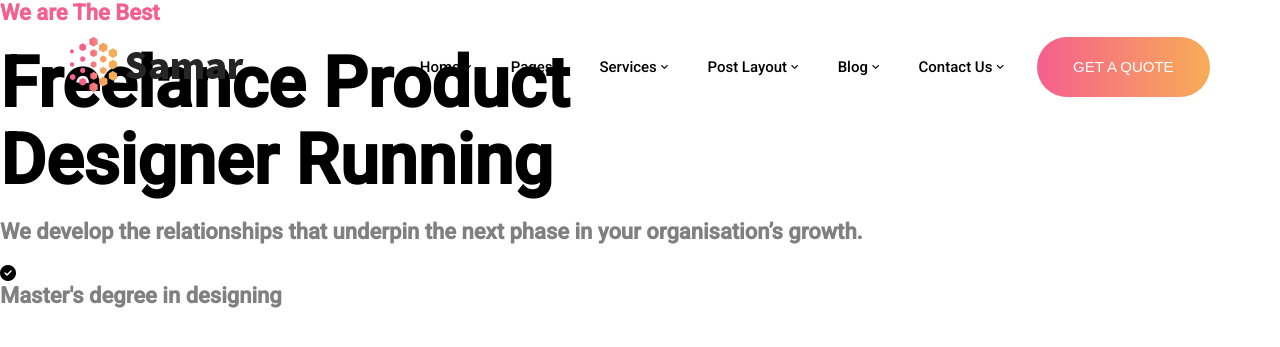
Repository: truongcongtrung2709/truongcongtrung__samar
Page: index.html
These files come from the project's save history. The page is drawn as it stood at one moment and after the next save; the edit follows.
The browser window is 1280 px wide. The pictures show the whole page.
Some web libraries are served in a nearby version.

Above is the page before, as saved 2022-06-22 20:49:49.

### index.html
<!DOCTYPE html>
<html lang="en">

<head>
  <meta charset="UTF-8">
  <meta http-equiv="X-UA-Compatible" content="IE=edge">
  <meta name="viewport" content="width=device-width, initial-scale=1.0">
  <title>Samar</title>
  <link rel="stylesheet" href="style.css">
  <link rel="stylesheet" href="https://cdnjs.cloudflare.com/ajax/libs/font-awesome/6.1.1/css/all.min.css"
    integrity="sha512-KfkfwYDsLkIlwQp6LFnl8zNdLGxu9YAA1QvwINks4PhcElQSvqcyVLLD9aMhXd13uQjoXtEKNosOWaZqXgel0g=="
    crossorigin="anonymous" referrerpolicy="no-referrer" />
  <link rel="preconnect" href="https://fonts.googleapis.com">
  <link rel="preconnect" href="https://fonts.gstatic.com" crossorigin>
  <link href="https://fonts.googleapis.com/css2?family=Oswald:wght@200&family=Roboto:wght@500&display=swap"
    rel="stylesheet">
</head>

<body>
  <header>
    <div class="container">
      <div class="header__content">
        <div class="logo">
          <a href=""><img src="./images/logo-2.png" alt=""></a>
        </div>
        <div class="menu">
          <ul>
            <li><a href=""><span>Home</span> <i class="fa-solid fa-angle-down"></i></a></li>
            <li><a href="">
                <span>Pages</span><i class="fa-solid fa-angle-down"></i></a></li>
            <li><a href=""><span>Services</span> <i class="fa-solid fa-angle-down"></i></a></li>
            <li><a href=""><span>Post Layout</span> <i class="fa-solid fa-angle-down"></i></a></li>
            <li><a href=""><span>Blog</span> <i class="fa-solid fa-angle-down"></i></a></li>
            <li><a href=""><span>Contact Us</span> <i class="fa-solid fa-angle-down"></i></a></li>
          </ul>
          <div class="">
            <button class="linear-gradient-btn">GET A QUOTE</button>
          </div>

        </div>
      </div>
    </div>
  </header>
  <section id="intro">
    <div class="container">
      <div class="intro__content">
        <div class="intro__left">
          <p>We are The Best</p>
          <h1>Freelance Product<br>Designer Running</h1>
          <p class="text__gray">We develop the relationships that underpin the next phase in your
            organisation’s growth.</p>
          <i class="fa-solid fa-circle-check"></i>
          <p class="text__gray">Master's degree in designing</p>
        </div>
        <div class="intro-right">

        </div>
      </div>
    </div>
  </section>
</body>

</html>

### style.css
*{
  padding: 0;
  margin: 0;
  box-sizing: border-box;

}
body{
  position: relative;
  font-family: Roboto,sans-serif;
}
h1{
  font-size: 70px;
    line-height: 1.1;
    font-weight: 800;
    color: black;
    margin-bottom: 20px;
}
p{
  font-weight: 600;
  font-size: 22px;
  margin-bottom: 20px;
  color: #f55f8d;
}
.text__gray{
  font-size: 22px;
  margin-bottom: 20px;
  color:gray !important;
}
.linear-gradient-btn{
  padding: 20px 35px;
  font-size:15px;
  border-radius: 30px;
  border: 1px solid transparent;
  color: white;
  background-image:linear-gradient(to right,#f55f8d 0,#f8ae56 51%,#f55f8d 100%);
  transition: all .5s ;
  cursor: pointer;
  line-height: 1.2;
  background-size: 200%;
  outline: none;
  }
.linear-gradient-btn:hover{
    background-position: right center;
}
/* ----------------------Header---------------------- */
header{
    position: absolute;
    width: 100%;
    top: 0;
    left: 0;
}
header .container{
  width: 89%;
  margin: 0 auto;
}
header .container .header__content{
    display: flex;
    justify-content: space-between;
    align-items: center;
}
.menu{
  display:flex;
  align-items: center;
}
.menu ul{
    display: flex;
    list-style: none;
}
.menu ul li{
  padding: 57px 6px;
}
.menu ul li a{
  text-decoration: none;
  color: black;
  font-size: 15px;
  margin-right:27px;
  font-weight: 500;
}
.menu ul li a span{
  display:inline-block;
}
.menu ul li:hover i{
  color:#f55f8d;
}
.menu ul li:hover span{
  color:#f55f8d;
  animation:upDown .3s forwards;
}
@keyframes upDown {
  60%{
    transform: translateY(20px);
  }
  70%{
    opacity: 0;
    transform: translateY(-20px);
  }
  80%{
    opacity: 1;
  }
}
.menu ul i{
  font-size: 9px;
    margin-top: -3px;
    vertical-align: middle;
}
/* ----------Intro---------- */

After the next save:
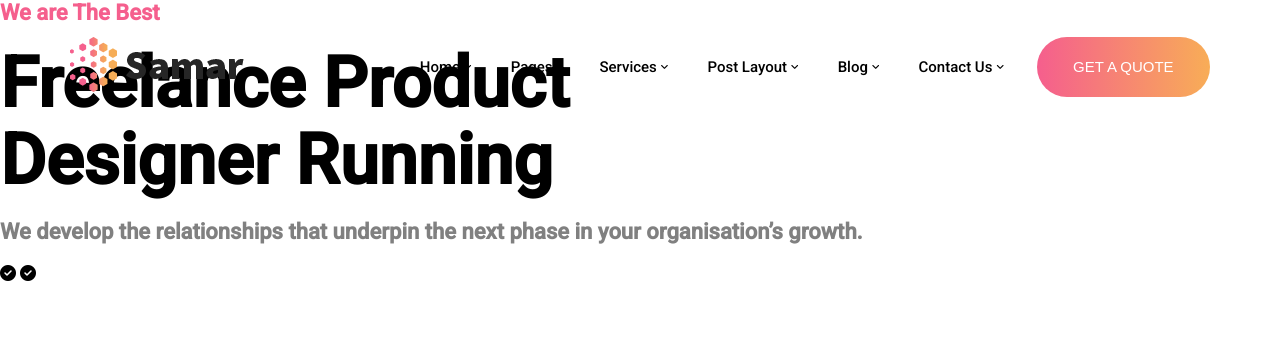
Saved 61 s later.
--- a/index.html
+++ b/index.html
@@ -50,7 +50,7 @@
           <p class="text__gray">We develop the relationships that underpin the next phase in your
             organisation’s growth.</p>
           <i class="fa-solid fa-circle-check"></i>
-          <p class="text__gray">Master's degree in designing</p>
+          <i class="fa-solid fa-circle-check"></i>
         </div>
         <div class="intro-right">
 
